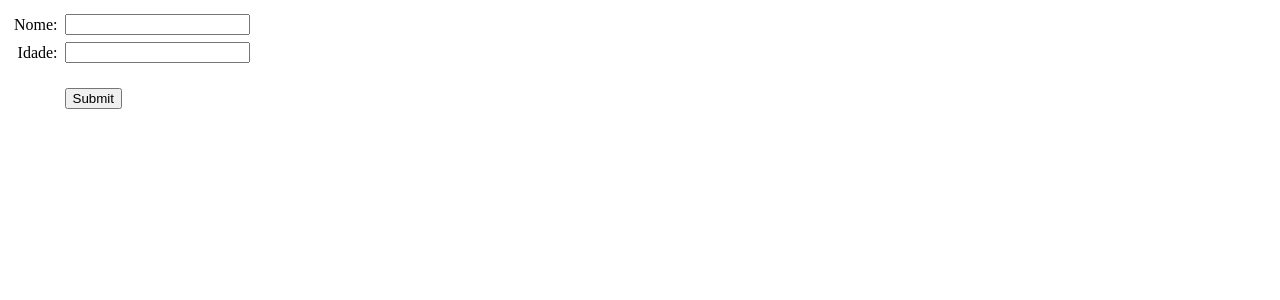
Repository: Bruno-Marian/atitivadesAulaWeb
Page: Aula/src/main/webapp/exemplo1.html
These files come from the project's save history. The page is drawn as it stood at one moment and after the next save; the edit follows.
The browser window is 1280 px wide. The pictures show the whole page.

Above is the page before, as saved 2023-10-12 00:41:56.

After the next save:
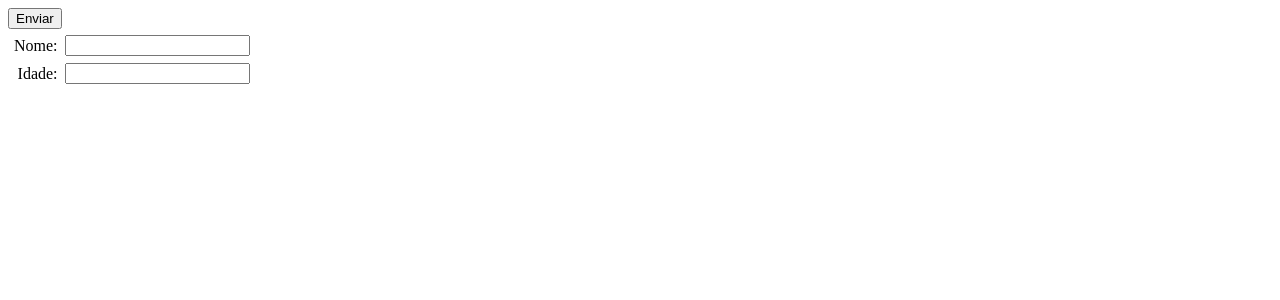
Saved 31 s later.
--- a/Aula/src/main/webapp/exemplo1.html
+++ b/Aula/src/main/webapp/exemplo1.html
@@ -18,8 +18,7 @@
                 </tr>
 
                 <tr>
-                     <td></td>
-                     <td><br><input type="submit" value="Submit"></td>
+                     <button>Enviar</button>
                 </tr>
         </table>
 </body>
